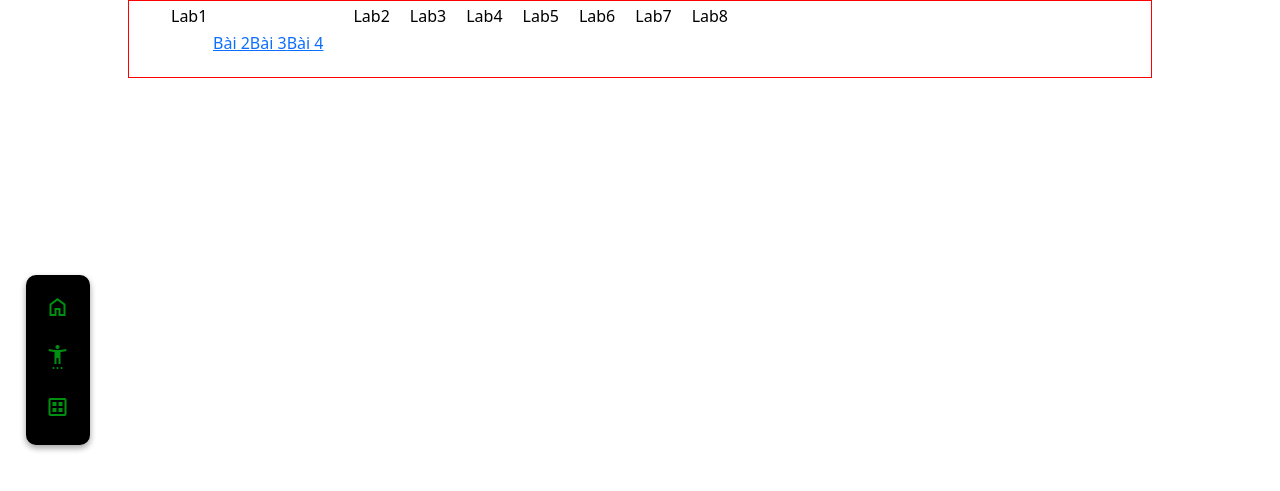
Repository: tuankiet10920/homeworkFEF
Page: /labs
An editor plug-in stored every save of this project. The page is shown before and after the next save, followed by the edit.
The browser window is 1280 px wide. The pictures show the whole page.
The project was rebuilt for these pictures with package versions that can differ from the ones it lists, and the page was loaded fresh each time. Also part of the build but not shown: vite.config.js, src/components/HelloWorld.vue, src/Labs/Lab1/Bai2.vue, src/views/HomeView.vue.

Above is the page before, as saved 2024-10-22 15:53:00.

### index.html
<!doctype html>
<html lang="en">
  <head>
    <meta charset="UTF-8" />
    <link rel="icon" href="/favicon.ico" />
    <meta name="viewport" content="width=device-width, initial-scale=1.0" />
    <link
      href="https://cdn.jsdelivr.net/npm/bootstrap@5.3.3/dist/css/bootstrap.min.css"
      rel="stylesheet"
      integrity="sha384-QWTKZyjpPEjISv5WaRU9OFeRpok6YctnYmDr5pNlyT2bRjXh0JMhjY6hW+ALEwIH"
      crossorigin="anonymous"
    />
    <link
      rel="stylesheet"
      href="https://fonts.googleapis.com/css2?family=Material+Symbols+Outlined:opsz,wght,FILL,GRAD@20..48,100..700,0..1,-50..200"
    />
    <title>Vite App</title>
    <link rel="stylesheet" href="./src/assets/css/main.css" />
  </head>
  <body>
    <div id="app"></div>
    <script
      src="https://cdn.jsdelivr.net/npm/bootstrap@5.3.3/dist/js/bootstrap.bundle.min.js"
      integrity="sha384-YvpcrYf0tY3lHB60NNkmXc5s9fDVZLESaAA55NDzOxhy9GkcIdslK1eN7N6jIeHz"
      crossorigin="anonymous"
    ></script>
    <script type="module" src="/src/main.js"></script>
  </body>
</html>

### src/assets/css/main.css
* {
  margin: 0;
  padding: 0;
  box-sizing: border-box;
  text-decoration: none;
  color: #000;
  font-size: 16px;
}

### src/App.vue
<script setup>
import { RouterLink, RouterView } from 'vue-router'
import HelloWorld from './components/HelloWorld.vue'
import Icon from './components/Icon.vue'
</script>

<template>
  <header>
    <div class="wrapper">
      <nav>
        <RouterLink to="/">
          <Icon iconName="home" />
        </RouterLink>

        <RouterLink to="/about">
          <Icon iconName="settings_accessibility" />
        </RouterLink>

        <RouterLink to="/labs">
          <Icon iconName="dataset" />
        </RouterLink>
      </nav>
    </div>
  </header>
  <RouterView />
</template>

<style scoped>
.wrapper nav a {
  margin-bottom: 20px;
  width: fit-content;
  text-decoration: none;
}
.wrapper nav a span {
  color: #009011;
}
.wrapper nav a:last-child {
  margin-bottom: 0;
}
nav {
  display: flex;
  flex-direction: column;
  justify-content: center;
  position: absolute;
  top: 50%;
  left: 2%;
  transform: translateY(-50%);
  padding: 20px;
  border-radius: 10px;
  background: #000;
  box-shadow:
    rgba(0, 0, 0, 0.16) 0px 3px 6px,
    rgba(0, 0, 0, 0.23) 0px 3px 6px;
}
</style>

### src/router/index.js
import { createRouter, createWebHistory } from 'vue-router'
import HomeView from '../views/HomeView.vue'

const router = createRouter({
  history: createWebHistory(import.meta.env.BASE_URL),
  routes: [
    {
      path: '/',
      name: 'home',
      component: HomeView,
    },
    {
      path: '/about',
      name: 'about',
      // route level code-splitting
      // this generates a separate chunk (About.[hash].js) for this route
      // which is lazy-loaded when the route is visited.
      component: () => import('../views/AboutView.vue'),
    },
    {
      path: '/labs',
      name: 'labs',
      component: () => import('../views/LabView.vue'),
    },
    // cac bai labs

    // Lab 1
    {
      path: '/bai2lab1',
      name: 'bai2lab1',
      component: () => import('../Labs/Lab1/Bai2.vue'),
    },
    {
      path: '/bai3lab1',
      name: 'bai3lab1',
      component: () => import('../Labs/Lab1/Bai3.vue'),
    },
    {
      path: '/bai4lab1',
      name: 'bai4lab1',
      component: () => import('../Labs/Lab1/Bai4.vue'),
    },
  ],
})

export default router

### src/components/Icon.vue
<script setup>
const props = defineProps(['iconName'])
</script>
<template>
  <span class="material-symbols-outlined"> {{ props.iconName }} </span>
</template>
<style scoped></style>

### src/views/LabView.vue
<script src></script>
<template>
  <header>
    <nav>
      <ul>
        <li>
          Lab1
          <ul>
            <li>
              <RouterLink to="/bai2lab1">Bài 2</RouterLink>
              <RouterLink to="/bai3lab1">Bài 3</RouterLink>
              <RouterLink to="/bai4lab1">Bài 4</RouterLink>
            </li>
          </ul>
        </li>
        <li>Lab2</li>
        <li>Lab3</li>
        <li>Lab4</li>
        <li>Lab5</li>
        <li>Lab6</li>
        <li>Lab7</li>
        <li>Lab8</li>
      </ul>
    </nav>
  </header>
</template>
<style scoped>
header {
  width: 100%;
  display: flex;
  justify-content: center;
}
nav {
  width: 80%;
  border: 1px solid red;
}
li {
  list-style: none;
  padding: 3px 10px;
}
ul {
  display: flex;
}
</style>

Loaded but not shown: src/main.js (common file)

After the next save:
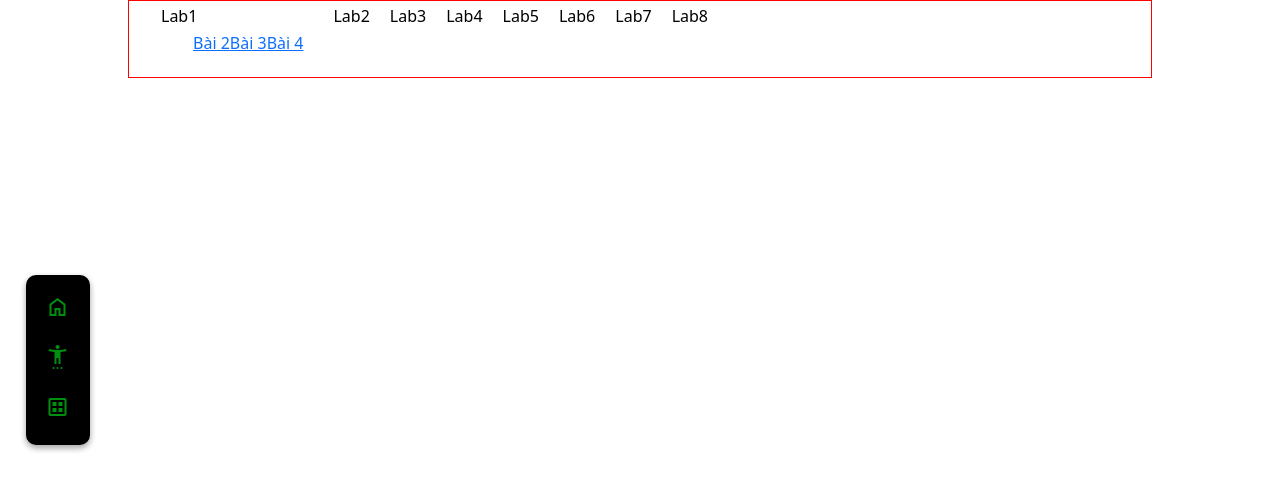
Saved 24 s later.
--- a/src/views/LabView.vue
+++ b/src/views/LabView.vue
@@ -38,6 +38,9 @@ li {
   list-style: none;
   padding: 3px 10px;
 }
+li:first-child {
+  padding-left: 0px;
+}
 ul {
   display: flex;
 }
